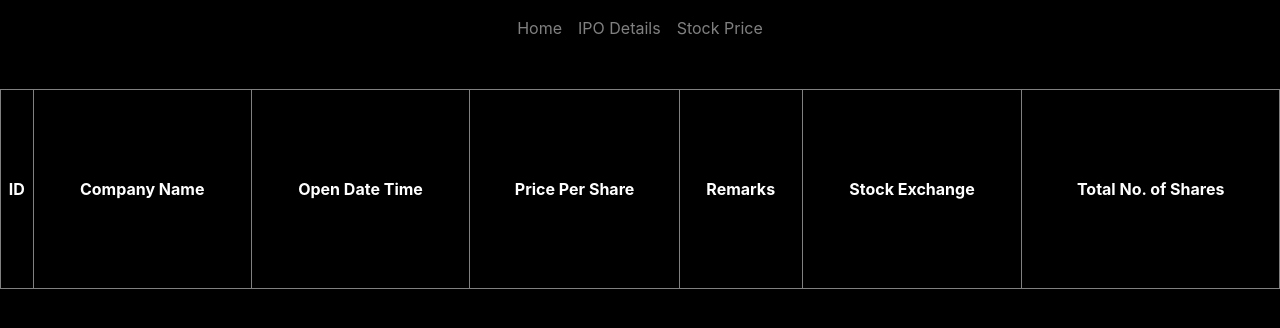
Repository: Gurudutt-S/cts-training
Page: http://localhost/StockExchangeChartingWeb/WEB-INF/views/ipoDetails.jsp
These files come from the project's save history. The page is drawn as it stood at one moment and after the next save; the edit follows.
The browser window is 1280 px wide. The pictures show the whole page.
The page is served by Tomcat 9. Nobody is signed in. Other server files are loaded and not shown. The template is opened directly, without the code that normally fills it, so the values that code supplies are empty.

Above is the page before, as saved 2020-02-11 11:10:34.
Console error (its wording comes from the project's code and is left out).

### Day_35/StockExchangeChartingWeb/src/main/webapp/WEB-INF/views/ipoDetails.jsp
<%@ include file="header.jsp" %>
	<table border="1" width="100%" height="200px" style="text-align:center">
		<tr>
			<th>ID</th>
			<th>Company Name</th>
			<th>Open Date Time</th>
			<th>Price Per Share</th>
			<th>Remarks</th>
			<th>Stock Exchange</th>
			<th>Total No. of Shares</th>
		</tr>
		<c:forEach var="ipo" items="${ipo }">
			<tr>
				<td>${ipo.id }</td>
				<td>${ipo.companyName }</td>
				<td>${ipo.opendateTime }</td>
				<td>${ipo.priceperShare }</td>
				<td>${ipo.remarks }</td>
				<td>${ipo.stockExchange }</td>
				<td>${ipo.totalNoOfShares }</td>
			</tr>
		</c:forEach>

	</table>
</body>
</html>

### Day_35/StockExchangeChartingWeb/src/main/webapp/WEB-INF/views/header.jsp
<%@ page isELIgnored="false"%>
<%@ taglib uri="http://java.sun.com/jsp/jstl/core" prefix="c"%>
<html>
<head>
<link rel="stylesheet"
	href="https://stackpath.bootstrapcdn.com/bootstrap/4.4.1/css/bootstrap.min.css"
	integrity="sha384-Vkoo8x4CGsO3+Hhxv8T/Q5PaXtkKtu6ug5TOeNV6gBiFeWPGFN9MuhOf23Q9Ifjh"
	crossorigin="anonymous">
<script
	src="https://stackpath.bootstrapcdn.com/bootstrap/4.4.1/js/bootstrap.min.js"
	integrity="sha384-wfSDF2E50Y2D1uUdj0O3uMBJnjuUD4Ih7YwaYd1iqfktj0Uod8GCExl3Og8ifwB6"
	crossorigin="anonymous"></script>

</head>
<body style="color: white; background-color: black; text-align: center;">

	<nav class="navbar navbar-expand-lg navbar-dark ">
		<div class="collapse navbar-collapse">
			<ul class="navbar-nav mx-auto">
				<li class="nav-item"><a href="home" class="nav-link">Home</a></li>
				<li class="nav-item"><a href="ipoDetails" class="nav-link">IPO
						Details</a></li>
				<li class="nav-item"><a href="stockPrice" class="nav-link">Stock
						Price</a></li>
			</ul>
		</div>
	</nav>

	<hr>

</body>
</html>

After the next save:
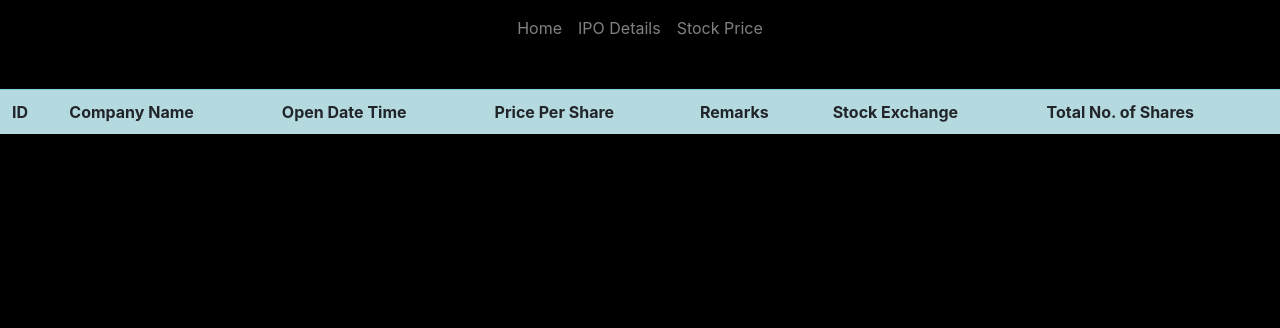
Saved 24 s later.
--- a/Day_35/StockExchangeChartingWeb/src/main/webapp/WEB-INF/views/ipoDetails.jsp
+++ b/Day_35/StockExchangeChartingWeb/src/main/webapp/WEB-INF/views/ipoDetails.jsp
@@ -1,5 +1,5 @@
 <%@ include file="header.jsp" %>
-	<table border="1" width="100%" height="200px" style="text-align:center">
+	<table class="table table-info table-hover table-striped">
 		<tr>
 			<th>ID</th>
 			<th>Company Name</th>
